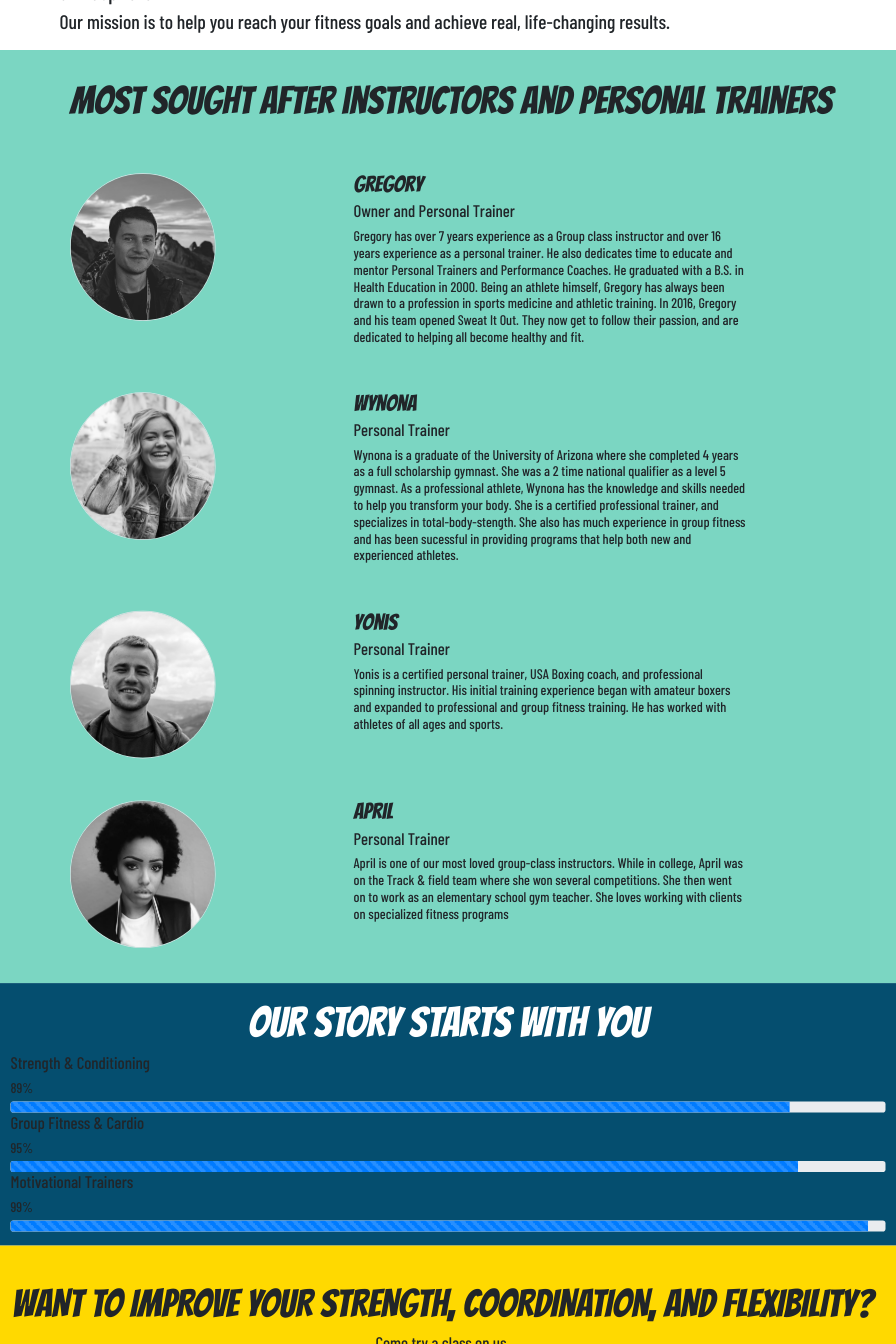
Repository: amybru/sweatitout
Page: about.html
The author's editor kept a record of every edit. The page is drawn from the files as they stood at one moment, then again after the next edit.
The browser window is 1280 px wide. The pictures show the part of the page from y = 639 to 2559 px (the page is 2873 px tall before and 2825 px after), at 70% of full size.
Some web fonts or font styles are not loaded; a fallback is used. Some web libraries are served in a nearby version.

Above is the page before.

After the next edit:
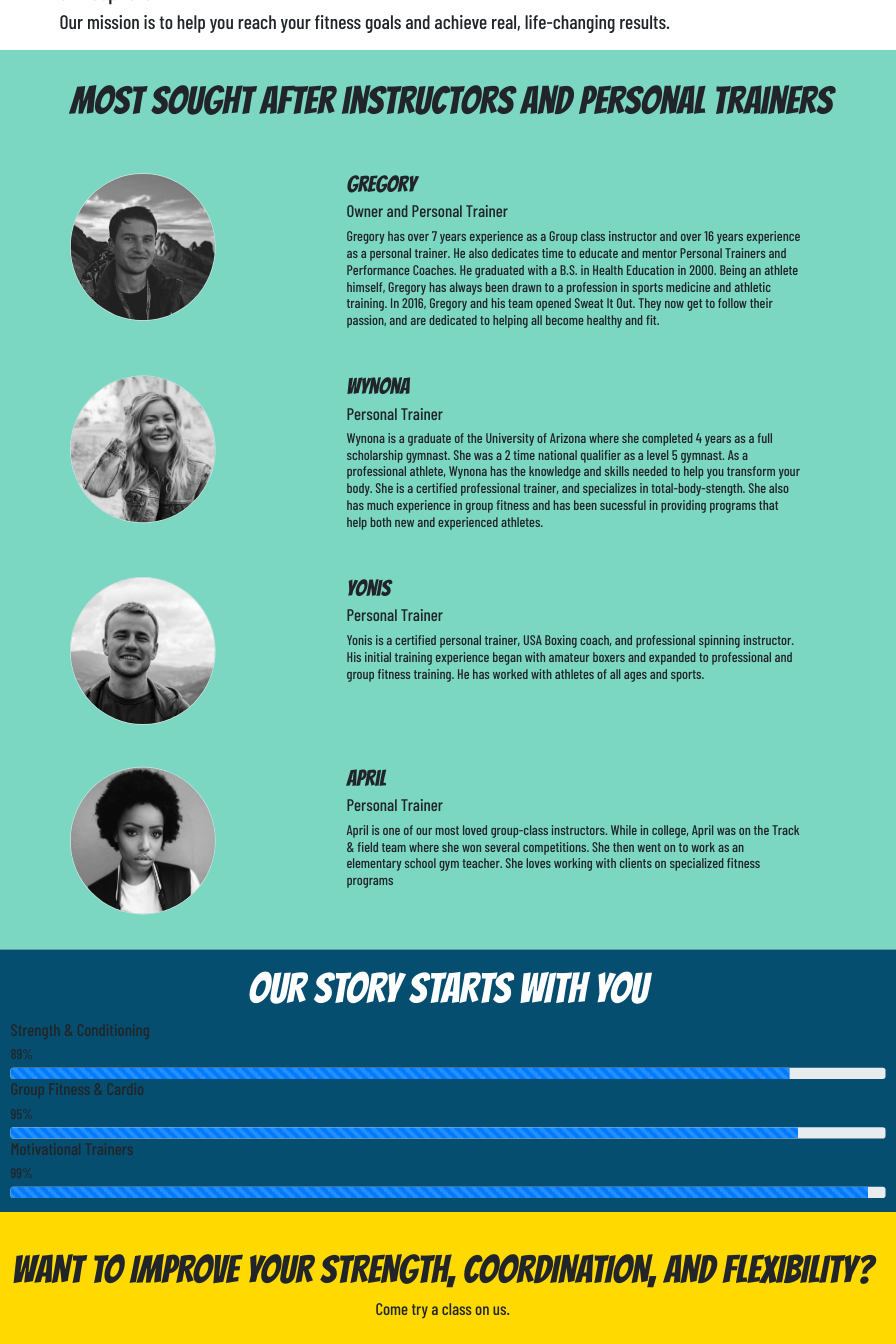
The edit:
--- a/css/style.css
+++ b/css/style.css
@@ -369,8 +369,9 @@
 }
 
 .instructor-details {
-    padding-left: 30px;
-    padding-right: 100px;
+    padding-left: 20px;
+    padding-right: 20px;
+    margin: 0;
 }
 
 
